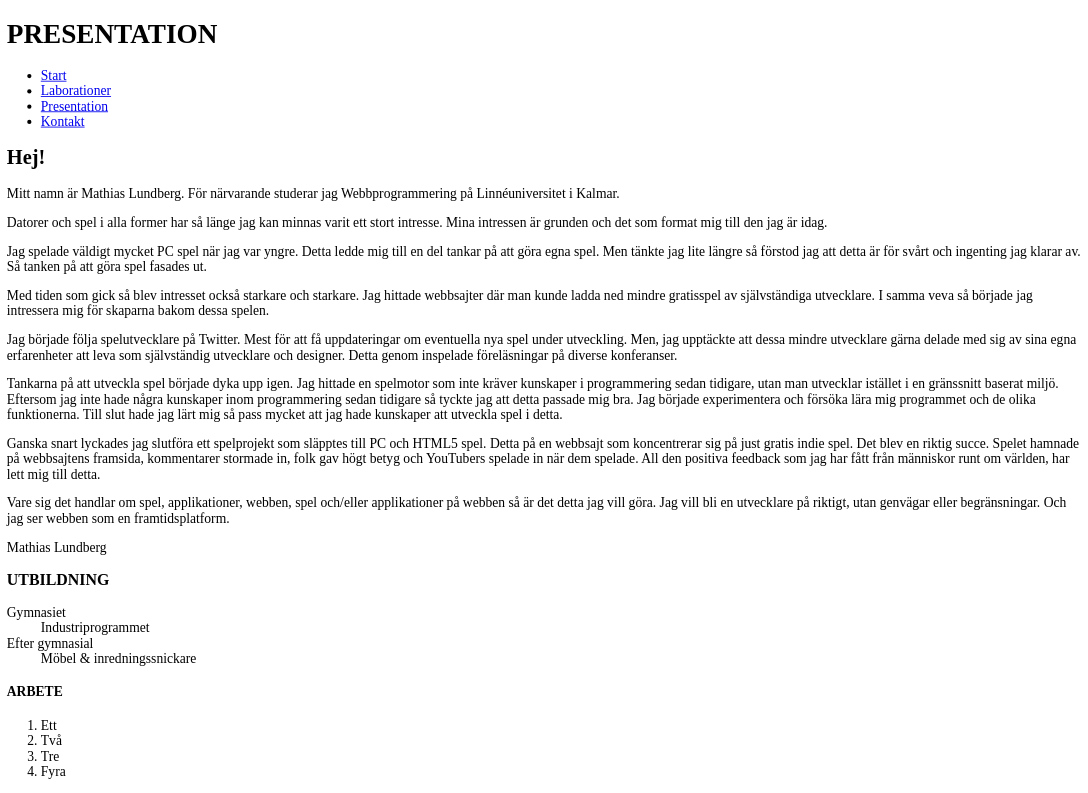
Repository: ml223nw/1ik415-laborationer
Page: pages/presentation.html
The author's editor kept a record of every edit. The page is drawn from the files as they stood at one moment, then again after the next edit.
The browser window is 1280 px wide. The pictures show the whole page, at 85% of full size.

Above is the page before.

### pages/presentation.html
<!DOCTYPE html>
<html lang="sv">
    <head>
        <meta charset="utf-8">
        <title>Presentation - Mathias portal</title>

    </head>
    <body>

        <h1>PRESENTATION</h1>

            <ul>
        <li><a href="../pages/start.html">Start</a></li>
            <li><a href="../pages/laborationer.html">Laborationer</a></li>
                <li><a href="../pages/presentation.html">Presentation</a></li>
                    <li><a href="../pages/kontakt.html">Kontakt</a></li>
    </ul>



        <h2>Hej!</h2>

        <p>Mitt namn är Mathias Lundberg. För närvarande studerar jag Webbprogrammering på Linnéuniversitet i Kalmar.
        </p>

        <p>Datorer och spel i alla former har så länge jag kan minnas varit ett stort intresse.
        Mina intressen är grunden och det som format mig till den jag är idag.</p>

        <p>Jag spelade väldigt mycket PC spel när jag var yngre.
        Detta ledde mig till en del tankar på att göra egna spel. Men tänkte jag lite längre så förstod jag att detta är för svårt
        och ingenting jag klarar av. Så tanken på att göra spel fasades ut.
        </p>

        <p>Med tiden som gick så blev intresset också starkare och starkare.
        Jag hittade webbsajter där man kunde ladda ned mindre gratisspel av självständiga utvecklare.
        I samma veva så började jag intressera mig för skaparna bakom dessa spelen.

        <p>Jag började följa spelutvecklare på Twitter. Mest för att få uppdateringar om eventuella nya spel under utveckling.
        Men, jag upptäckte att dessa mindre utvecklare gärna delade med sig av sina egna
        erfarenheter att leva som självständig utvecklare och designer. Detta genom inspelade föreläsningar
        på diverse konferanser.
        </p>

        <p>Tankarna på att utveckla spel började dyka upp igen. Jag hittade en spelmotor som inte kräver kunskaper i programmering
        sedan tidigare, utan man utvecklar istället i en gränssnitt baserat miljö. Eftersom jag inte hade några kunskaper inom programmering sedan tidigare så tyckte jag att detta passade mig bra.
        Jag började experimentera och försöka lära mig programmet och de olika funktionerna.
        Till slut hade jag lärt mig så pass mycket att jag hade kunskaper att utveckla spel i detta.
        </p>

        <p>Ganska snart lyckades jag slutföra ett spelprojekt som släpptes till PC och HTML5 spel. Detta på en webbsajt som koncentrerar sig på just gratis indie spel.
        Det blev en riktig succe. Spelet hamnade på webbsajtens framsida, kommentarer stormade in, folk gav högt betyg och YouTubers spelade in när dem spelade.
        All den positiva feedback som jag har fått från människor runt om världen, har lett mig till detta.
        </p>

        <p>
        Vare sig det handlar om spel, applikationer, webben, spel och/eller applikationer på webben så är det detta jag vill göra.
        Jag vill bli en utvecklare på riktigt, utan genvägar eller begränsningar. Och jag ser webben som en framtidsplatform.
        </p>


        <p>Mathias Lundberg</p>




        <h3>UTBILDNING</h3>

        <dl>
          <dt>Gymnasiet</dt>
            <dd>Industriprogrammet</dd>
          <dt>Efter gymnasial</dt>
            <dd>Möbel & inredningssnickare</dd>
        </dl>


        <h4>ARBETE</h4>
        <ol>
        <li>Ett</li>
        <li>Två</li>
        <li>Tre</li>
        <li>Fyra</li>
        </ol>


    </body>
</html>

After the next edit:
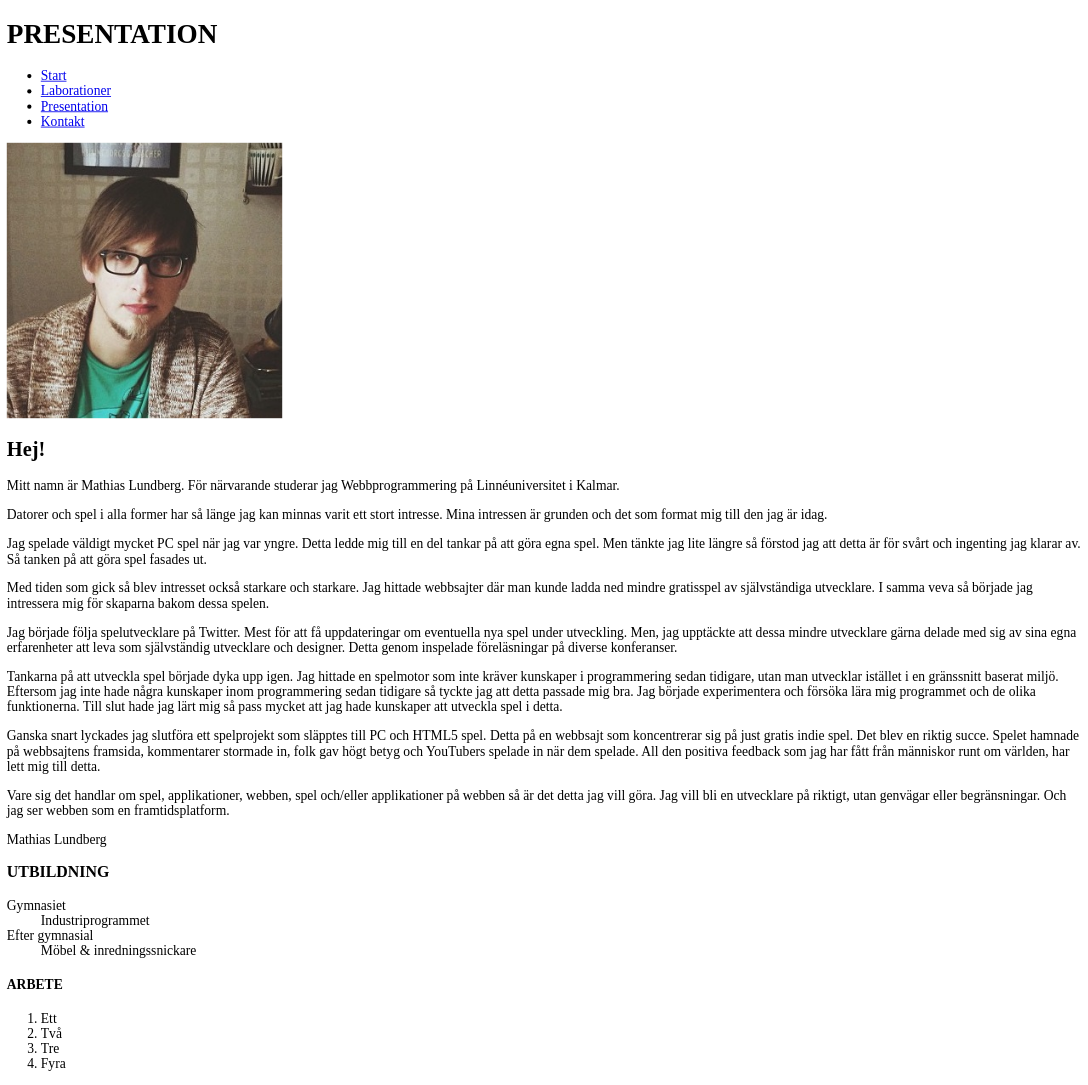
The edit:
--- a/pages/presentation.html
+++ b/pages/presentation.html
@@ -16,7 +16,7 @@
                     <li><a href="../pages/kontakt.html">Kontakt</a></li>
     </ul>
 
-
+        <img src="../pics/Jag.jpg" alt="Jag">
 
         <h2>Hej!</h2>
 
